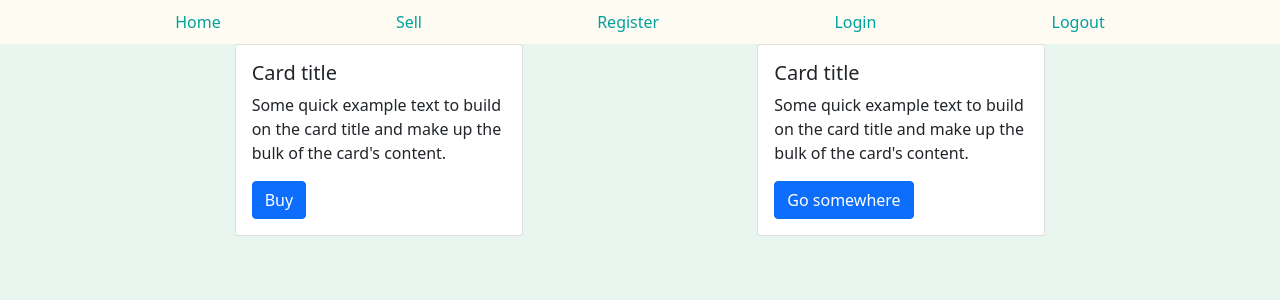
Repository: RiteshK555/itw-project
Page: http://localhost/
The author's editor kept a copy of each file at every save. The page is drawn from the files as they stood at one save, then again after the next save.
The browser window is 1280 px wide. The pictures show the whole page.
The page is served by the project's application, run on Django 3.2 (student_olx/manage.py). Other server files are loaded and not shown.

Above is the page before, as saved 2021-09-19 12:36:46.

### student_olx/main/templates/main/home.html
{%extends 'main/base.html'%}
{% load static %}
{%block title%}
Home
{%endblock%}
{% block styles %}
<link rel="stylesheet" type="text/css" href="{% static 'main/home.css'%}">
{% endblock %}
{%block content %}
<div id="itemz">
<div class="card" style="width: 18rem;">
  {% comment %} <img src="..." class="card-img-top" alt="..."> {% endcomment %}
  <div class="card-body">
    <h5 class="card-title">Card title</h5>
    <p class="card-text">Some quick example text to build on the card title and make up the bulk of the card's content.</p>
    <a href="#" class="btn btn-primary">Buy</a>
  </div>
</div>
<div class="card" style="width: 18rem;">
  {% comment %} <img src="..." class="card-img-top" alt="..."> {% endcomment %}
  <div class="card-body">
    <h5 class="card-title">Card title</h5>
    <p class="card-text">Some quick example text to build on the card title and make up the bulk of the card's content.</p>
    <a href="#" class="btn btn-primary">Go somewhere</a>
  </div>
</div>
</div>
{%endblock %}

### student_olx/main/templates/main/base.html
{% load static%}
<!DOCTYPE html>
<!--[if lt IE 7]>      <html class="no-js lt-ie9 lt-ie8 lt-ie7"> <![endif]-->
<!--[if IE 7]>         <html class="no-js lt-ie9 lt-ie8"> <![endif]-->
<!--[if IE 8]>         <html class="no-js lt-ie9"> <![endif]-->
<!--[if gt IE 8]>      <html class="no-js"> <!--<![endif]-->
<html lang="en">
    <head>
        <meta charset="utf-8">
        <meta http-equiv="X-UA-Compatible" content="IE=edge">
        <title>{%block title%}This is Base Title{%endblock%}</title>
        <meta name="description" content="">
        <link href="https://cdn.jsdelivr.net/npm/bootstrap@5.1.1/dist/css/bootstrap.min.css" rel="stylesheet" integrity="sha384-F3w7mX95PdgyTmZZMECAngseQB83DfGTowi0iMjiWaeVhAn4FJkqJByhZMI3AhiU" crossorigin="anonymous">
        <meta name="viewport" content="width=device-width, initial-scale=1">
        <link rel="stylesheet" type="text/css" href="{% static 'main/style.css'%}">
        {% block styles %}
        {% endblock %}
    </head>
    <div class="header">
        <a href="/">Home</a>
        <a href="/sell">Sell</a>
       <a href="/register">Register</a>
        <a href="/login">Login</a>
        <a href="/logout">Logout</a>
    </div>
    <body>
    <div id="content">
    {%block content %}
    {% endblock %}
    </div>
        <!--[if lt IE 7]>
            <p class="browsehappy">You are using an <strong>outdated</strong> browser. Please <a href="#">upgrade your browser</a> to improve your experience.</p>
        <![endif]-->
        <script src="https://cdn.jsdelivr.net/npm/bootstrap@5.1.1/dist/js/bootstrap.bundle.min.js" integrity="sha384-/bQdsTh/da6pkI1MST/rWKFNjaCP5gBSY4sEBT38Q/9RBh9AH40zEOg7Hlq2THRZ" crossorigin="anonymous"></script>
        <script src="" async defer></script>
    </body>
</html>

### student_olx/main/views.py
from django.http.response import HttpResponseRedirect
from django.shortcuts import render,redirect
from .models import ToDoList

# Create your views here.
from django.http import HttpResponse
from .forms import CreateNewProduct
def index(response,id):
    lis=ToDoList.objects.get(id=id)
    return render(response,"main/base.html",{"name":lis})
def home(response):
    return render(response,"main/home.html",{"name":"test"})
def sell(response):
    if response.method == "POST":
        form=CreateNewProduct(response.POST)
        if form.is_valid():
            p_n=form.cleaned_data["product_name"]
            d=form.cleaned_data["description"]
            m=ToDoList(product_name=p_n,description=d)
            m.save()
        return HttpResponseRedirect("/%i" %m.id)
    else:
        form=CreateNewProduct()
    return render(response,"main/sell.html",{"form":form})
def buy(response):
    return render(response,"main/buy.html",{})

### student_olx/student_olx/urls.py
"""student_olx URL Configuration

The `urlpatterns` list routes URLs to views. For more information please see:
    https://docs.djangoproject.com/en/3.1/topics/http/urls/
Examples:
Function views
    1. Add an import:  from my_app import views
    2. Add a URL to urlpatterns:  path('', views.home, name='home')
Class-based views
    1. Add an import:  from other_app.views import Home
    2. Add a URL to urlpatterns:  path('', Home.as_view(), name='home')
Including another URLconf
    1. Import the include() function: from django.urls import include, path
    2. Add a URL to urlpatterns:  path('blog/', include('blog.urls'))
"""
from django.contrib import admin
from django.urls import path,include
# from main import views as v
from  registration import views
urlpatterns = [
    path('admin/', admin.site.urls),
    path("register/",views.register,name="register"),
    path("",include("main.urls")),
    path("",include("django.contrib.auth.urls")),
]

### student_olx/main/urls.py
from django.urls import path
from . import views
urlpatterns =[
    path("<int:id>",views.index,name="index"),
    path("",views.home,name="home"),
    path("sell/",views.sell,name="sell"),
    path("buy/",views.buy,name="buy"),
]

### student_olx/main/static/main/style.css
.header{
    display: flex;
    justify-content: space-evenly;
    padding-top: 10px;
    padding-bottom: 10px;
    background-color:#FEFBF3;
}
a{
    color:#00A19D;
    text-decoration: none;
}
body{
    margin:0;
    background-color:#E8F6EF;
}
#hello{
    color:red;
}

### student_olx/main/static/main/home.css

#itemz{
    display:flex;
    justify-content:space-evenly;
}

After the next save:
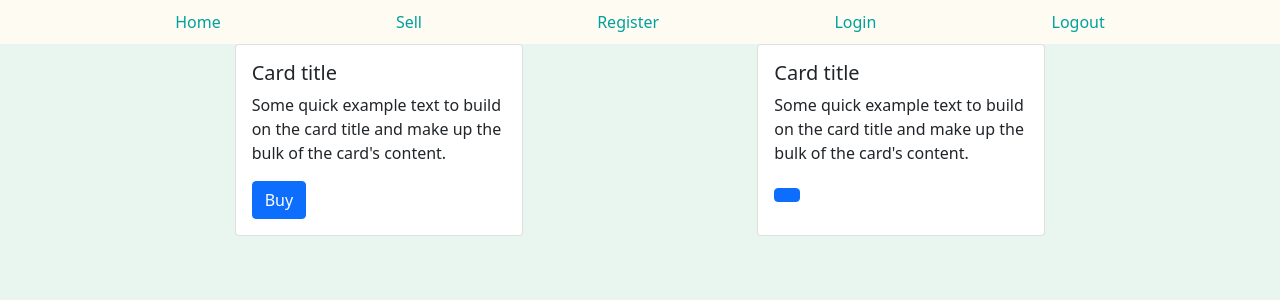
Saved 9 min 24 s later.
--- a/student_olx/main/templates/main/home.html
+++ b/student_olx/main/templates/main/home.html
@@ -21,7 +21,7 @@
   <div class="card-body">
     <h5 class="card-title">Card title</h5>
     <p class="card-text">Some quick example text to build on the card title and make up the bulk of the card's content.</p>
-    <a href="#" class="btn btn-primary">Go somewhere</a>
+    <a href="#" class="btn btn-primary"></a>
   </div>
 </div>
 </div>
